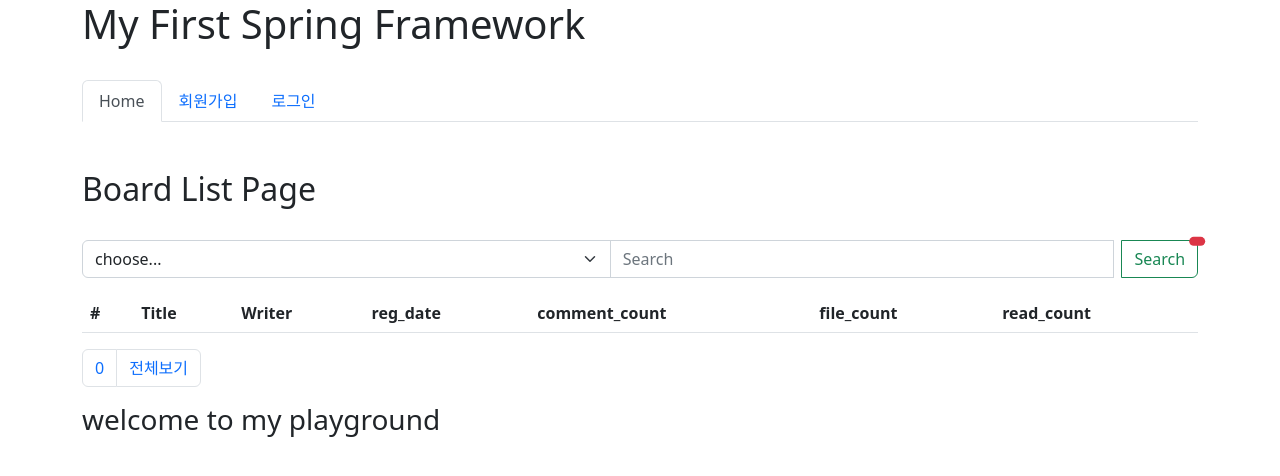
Repository: saeeeem2/2024SPRING
Page: http://localhost/spring_test2/WEB-INF/views/board/list.jsp
The author's editor kept a copy of each file at every save. The page is drawn from the files as they stood at one save, then again after the next save.
The browser window is 1280 px wide. The pictures show the whole page.
The page is served by Tomcat 9. Nobody is signed in. Other server files are loaded and not shown. The template is opened directly, without the code that normally fills it, so the values that code supplies are empty.

Above is the page before, as saved 2024-01-15 05:09:21.
Console error: TypeError: Cannot read properties of null (reading 'addEventListener')

### spring_test2/src/main/webapp/WEB-INF/views/board/list.jsp
<%@ page language="java" contentType="text/html; charset=UTF-8"
    pageEncoding="UTF-8"%>
<%@taglib uri="http://java.sun.com/jsp/jstl/core" prefix="c"%>

<div class="container-md">
<jsp:include page="../layout/header.jsp"></jsp:include> <br>
<jsp:include page="../layout/nav.jsp"></jsp:include> <br><br>

<h2>Board List Page</h2><br>

	<!-- search line(검색라인) -->
	<div>
		<form action="/board/list" method="get">
		  <div class="input-group mb-3">
		  <c:set value="${ph.pgvo.type}" var="typed"></c:set>
		    <select class="form-select" name="type" id="input">
		    	<option ${ph.pgvo.type eq null ? 'selected':'' }>choose...</option>
		    	<option value="t" ${typed eq 't' ? 'selected':'' }>title</option>
		    	<option value="w" ${typed eq 'w' ? 'selected':'' }>writer</option>
		    	<option value="c" ${typed eq 'c' ? 'selected':'' }>content</option>
		    	<option value="twc" ${typed eq 'twc' ? 'selected':'' }>All</option>
		    </select>
		      <input type="hidden" name="pageNo" value="1">
		      <input type="hidden" name="qty" value="${ph.pgvo.qty }">
		      <input class="form-control me-2" type="search" name="keyword" value="${ph.pgvo.keyword }" placeholder="Search" aria-label="Search">
		      <button class="btn btn-outline-success" type="submit">Search
		      	 <span class="position-absolute top-0 start-100 translate-middle badge rounded-pill bg-danger">
				    ${ph.totalCount }
				    <span class="visually-hidden">unread messages</span>
				  </span>
		      </button>
		   </div>
		</form>
	</div>


    <table class="table">
	  <thead>
	    <tr>
	      <th scope="col">#</th>
	      <th scope="col">Title</th>
	      <th scope="col">Writer</th>
	      <th scope="col">reg_date</th>
	      <th scope="col">comment_count</th>
	      <th scope="col">file_count</th>
	      <th scope="col">read_count</th>
	    </tr>
	  </thead>
	  <tbody>
	  	<c:forEach items="${list }" var="bvo">
	    <tr>
	      <th scope="row">${bvo.bno }</th>
	      <td><a href="/board/detail?bno=${bvo.bno }">${bvo.title }</a></td>
	      <td>${bvo.writer }</td>
	      <td>${bvo.regAt }</td>
	      <td>${bvo.cmtQty }</td>
	      <td>${bvo.hasFile }</td>
	      <td>${bvo.readCount }</td>
	    </tr>
	  	</c:forEach>
	 </tbody>
	</table>


	<!-- 페이징 라인 -->
	<nav aria-label="Page navigation example">
	  <ul class="pagination">
	  <!-- 이전 -->
	  <c:if test="${ph.prev }">
	    <li class="page-item">
	      <a class="page-link" href="/board/list?pageNo=${ph.startPage-1 }&qty=${ph.pgvo.qty}&type=${ph.pgvo.type}&keyword=${ph.pgvo.keyword}" aria-label="Previous">
	        <span aria-hidden="true">&laquo;</span>
	      </a>
	    </li>
	    </c:if>

	    <!-- 페이지 번호 -->
		<c:forEach begin="${ph.startPage }" end="${ph.endPage }" var="i">
	    	<li class="page-item"><a class="page-link" href="/board/list?pageNo=${i }&qty=${ph.pgvo.qty}&type=${ph.pgvo.type}&keyword=${ph.pgvo.keyword}">${i }</a></li>
	    </c:forEach>

	    <!-- 다음 -->
	    <c:if test="${ph.next }">
	    <li class="page-item">
	      <a class="page-link" href="/board/list?pageNo=${ph.endPage+1 }&qty=${ph.pgvo.qty}&type=${ph.pgvo.type}&keyword=${ph.pgvo.keyword}" aria-label="Next">
	        <span aria-hidden="true">&raquo;</span>
	      </a>
	    </li>
	    </c:if>
	      <li class="page-item"><a class="page-link" href="/board/list"> 전체보기</a></li>
	  </ul>
	</nav>



<jsp:include page="../layout/footer.jsp"></jsp:include>

</div>

### spring_test2/src/main/webapp/WEB-INF/views/layout/header.jsp
<%@ page language="java" contentType="text/html; charset=UTF-8"
    pageEncoding="UTF-8"%>
<!DOCTYPE html>
<html>
<head>
<meta charset="UTF-8">
<title>Insert title here</title>
</head>
<body>

<h1> My First Spring Framework</h1>

### spring_test2/src/main/webapp/WEB-INF/views/layout/nav.jsp
<%@ page language="java" contentType="text/html; charset=UTF-8"
    pageEncoding="UTF-8"%>
<%@taglib uri="http://java.sun.com/jsp/jstl/core" prefix="c"%>
<%@taglib uri="http://www.springframework.org/security/tags" prefix="sec"%>


<link href="https://cdn.jsdelivr.net/npm/bootstrap@5.2.3/dist/css/bootstrap.min.css" rel="stylesheet" integrity="sha384-rbsA2VBKQhggwzxH7pPCaAqO46MgnOM80zW1RWuH61DGLwZJEdK2Kadq2F9CUG65" crossorigin="anonymous">
<script src="https://cdn.jsdelivr.net/npm/bootstrap@5.2.3/dist/js/bootstrap.bundle.min.js" integrity="sha384-kenU1KFdBIe4zVF0s0G1M5b4hcpxyD9F7jL+jjXkk+Q2h455rYXK/7HAuoJl+0I4" crossorigin="anonymous"></script>

<ul class="nav nav-tabs">
  <li class="nav-item">
    <a class="nav-link active" aria-current="page" href="/">Home</a>
  </li>

  <!-- 현재 인증한 사용자의 정보를 가져와서 해당 권한이 있는지 확인 -->
  <!-- 현재 사용자의 정보는 principal -->
  <!-- anyMach() : stream 매칭 메서드(최소한 1개의 요소가 주어진 조건에 맞는지 조사 -->
  <sec:authorize access="isAuthenticated()">
  <sec:authentication property="principal.mvo.email" var="authEmail"/>
  <sec:authentication property="principal.mvo.nickName" var="authNick"/>
  <sec:authentication property="principal.mvo.authList" var="auths"/>

  <c:choose>
  	<c:when test="${auths.stream().anyMatch(authVO -> authVO.auth.equals('ROLE_ADMIN')).get() }">
	  	<li class="nav-item">
	    	<a class="nav-link" href="/member/list">MemberList ${authNick }(${authEmail }/ADMIN)</a>
  		</li>
  		<li class="nav-item">
			<a class="nav-link" href="/member/modify">회원정보 수정 ${authNick }(${authEmail })</a>
	    </li>
  	</c:when>
  	<c:otherwise>
 	<li class="nav-item">
		<a class="nav-link" href="/member/modify">회원정보 수정 ${authNick }(${authEmail })</a>
    </li>
  	</c:otherwise>
  </c:choose>

  <li class="nav-item">
    <a class="nav-link" href="/board/register">게시판 글쓰기</a>
  </li>
  <li class="nav-item">
    <a class="nav-link" href="/board/list">게시판 보기</a>
  </li>
  <li class="nav-item">
    <a class="nav-link" href="#" id="logoutLink">로그아웃</a>
  </li>
  <form action="/member/logout" method="post" id="logoutForm">
  <!-- 인증된(로그인한 계정의) 이메일 -->
  	<input type="hidden" name="email" value="${authEmail }">
  </form>
  </sec:authorize>

  <sec:authorize access="isAnonymous()">
  <li class="nav-item">
    <a class="nav-link" href="/member/register">회원가입</a>
  </li>
  <li class="nav-item">
    <a class="nav-link" href="/member/login">로그인</a>
  </li>
  </sec:authorize>
</ul>

<script type="text/javascript">
	document.getElementById('logoutLink').addEventListener('click',(e)=>{
	    e.preventDefault();
	    document.getElementById('logoutForm').submit();
	});
</script>

### spring_test2/src/main/webapp/WEB-INF/views/layout/footer.jsp
<%@ page language="java" contentType="text/html; charset=UTF-8"
    pageEncoding="UTF-8"%>


<h3>welcome to my playground</h3>

</body>
</html>

After the next save:
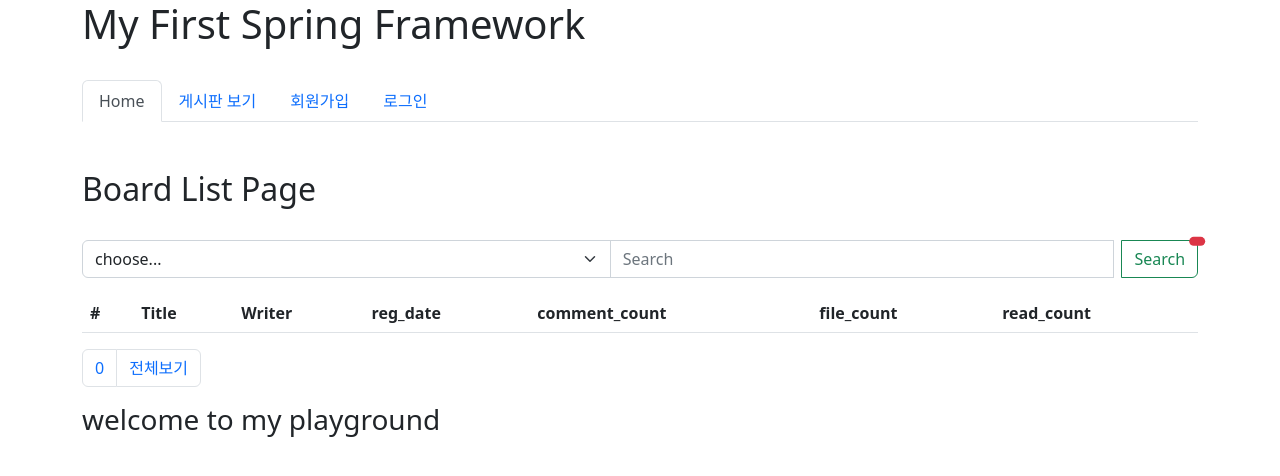
Saved 69 s later.
--- a/spring_test2/src/main/webapp/WEB-INF/views/layout/nav.jsp
+++ b/spring_test2/src/main/webapp/WEB-INF/views/layout/nav.jsp
@@ -10,6 +10,9 @@
 <ul class="nav nav-tabs">
   <li class="nav-item">
     <a class="nav-link active" aria-current="page" href="/">Home</a>
+  </li>
+  <li class="nav-item">
+    <a class="nav-link" href="/board/list">게시판 보기</a>
   </li>
 
   <!-- 현재 인증한 사용자의 정보를 가져와서 해당 권한이 있는지 확인 -->
@@ -40,9 +43,6 @@
     <a class="nav-link" href="/board/register">게시판 글쓰기</a>
   </li>
   <li class="nav-item">
-    <a class="nav-link" href="/board/list">게시판 보기</a>
-  </li>
-  <li class="nav-item">
     <a class="nav-link" href="#" id="logoutLink">로그아웃</a>
   </li>
   <form action="/member/logout" method="post" id="logoutForm">
